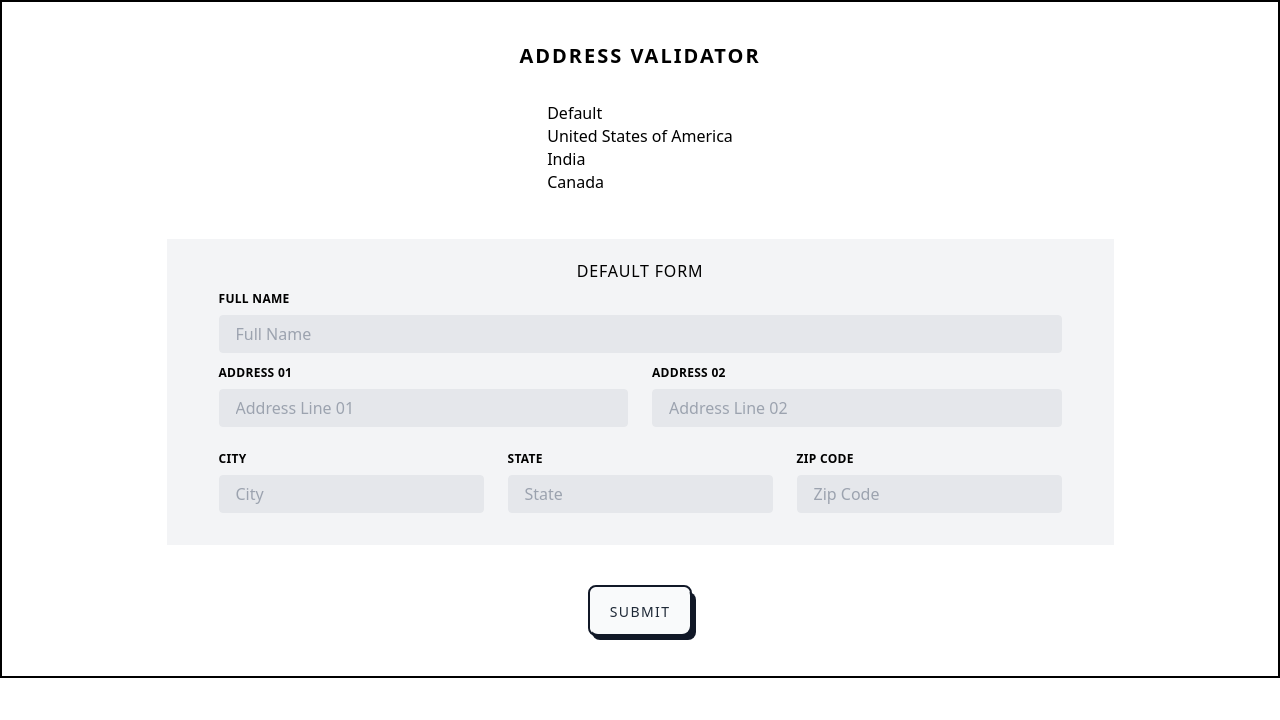
Repository: jay-singhvi/SWArchDesign_TeamProject
Page: / (app in frontend/address-validation/)
The author's editor kept a copy of each file at every save. The page is drawn from the files as they stood at one save, then again after the next save.
The browser window is 1280 px wide. The pictures show the whole page.
The project was rebuilt for these pictures with package versions that can differ from the ones it lists, and the page was loaded fresh each time. Also part of the build but not shown: frontend/address-validation/src/App.css.

Above is the page before, as saved 2023-03-07 18:12:57.

After the next save:
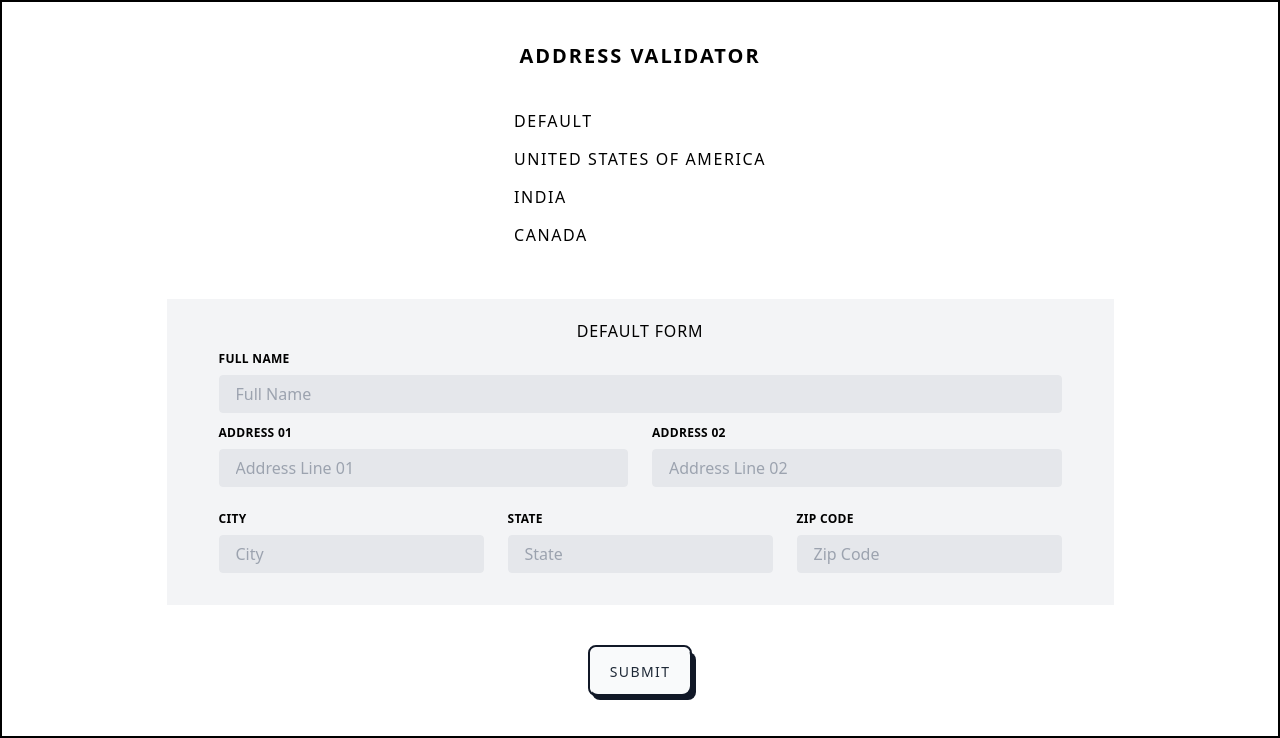
Saved 20 s later.
--- a/frontend/address-validation/src/App.js
+++ b/frontend/address-validation/src/App.js
@@ -163,7 +163,7 @@ function App() {
           >
             {countries.map((country) => (
               <option
-                className=" cursor-pointer"
+              className=" cursor-pointer uppercase tracking-widest p-2 hover:bg-gray-300"
                 key={country.name}
                 value={country.name}
               >
